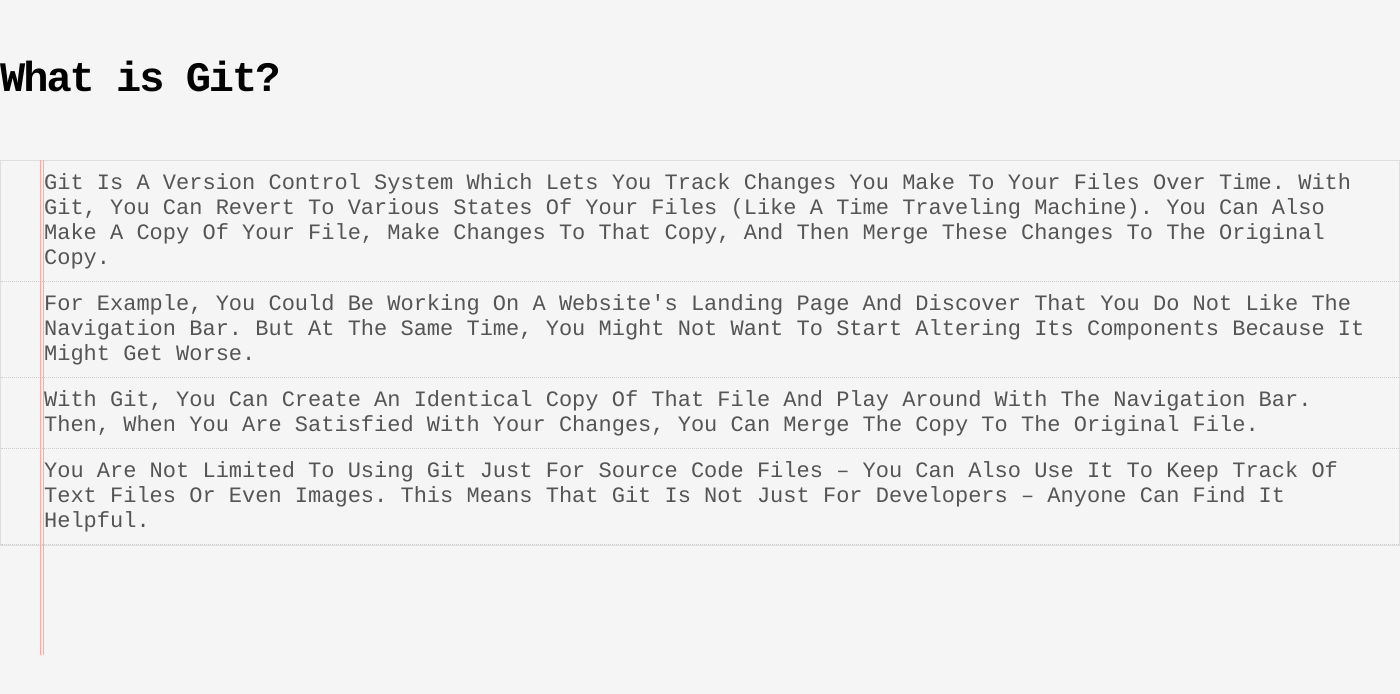
Repository: dev-singh-kanyal/Archive-git_github
Page: src/what is git.html
These files come from the project's save history. The page is drawn as it stood at one moment and after the next save; the edit follows.
The browser window is 1280 px wide. The page is 1400 px wide, so the pictures cover 1400 px, including what lies to the right of the window. The pictures show the whole page.
Some web fonts or font styles are not loaded; a fallback is used.

Above is the page before, as saved 2022-06-24 16:38:24.

After the next save:
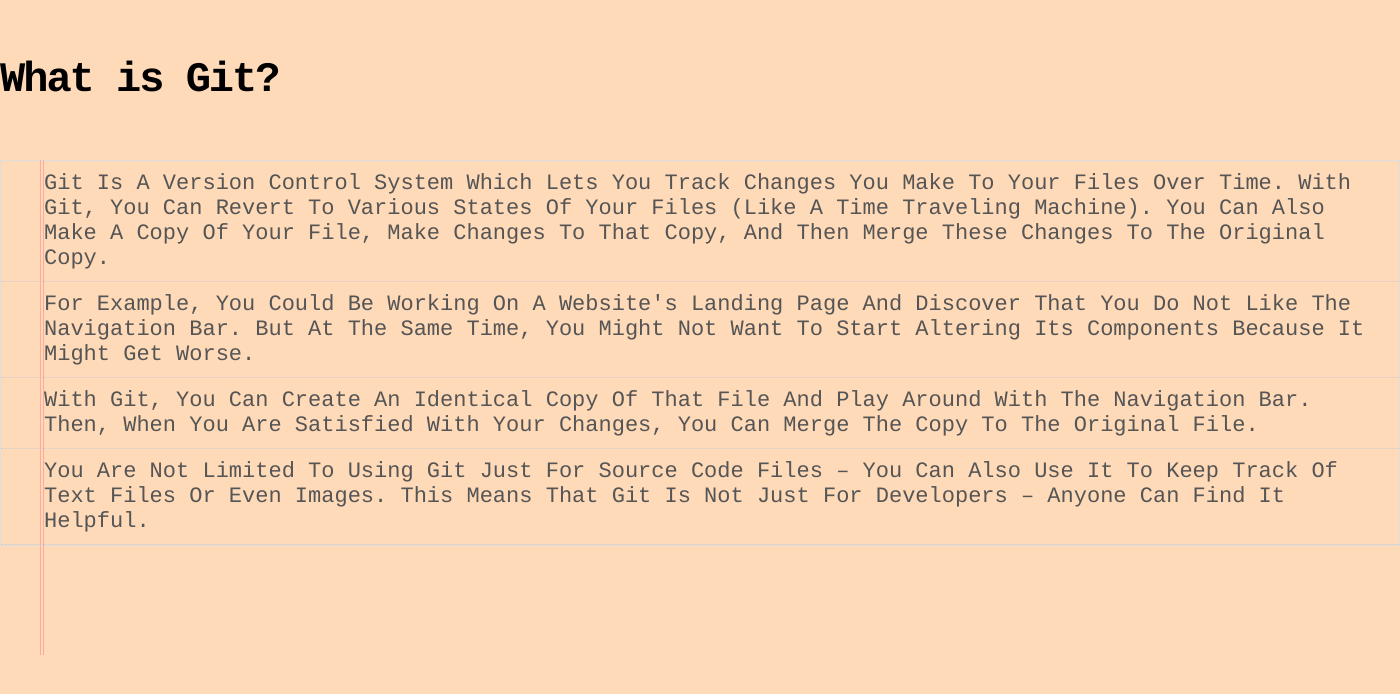
Saved 83 s later.
--- a/src/style.css
+++ b/src/style.css
@@ -1,5 +1,5 @@
 body {
-    background-color: #f5f5f5;
+    background-color: peachpuff;
     width: 1400px;
     margin: 0 auto;
     padding: 0;

After the save that followed:
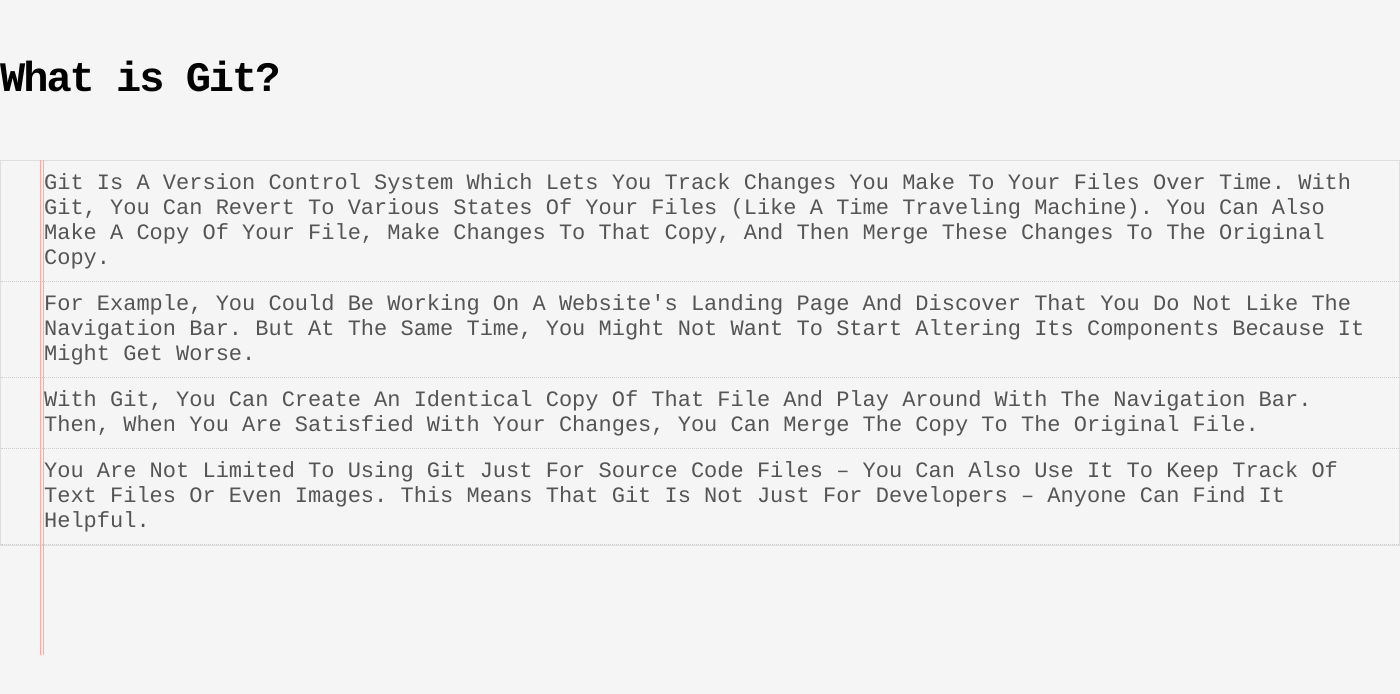
Saved 35 s later.
--- a/src/style.css
+++ b/src/style.css
@@ -1,5 +1,5 @@
 body {
-    background-color: peachpuff;
+    background-color: #f5f5f5;
     width: 1400px;
     margin: 0 auto;
     padding: 0;
